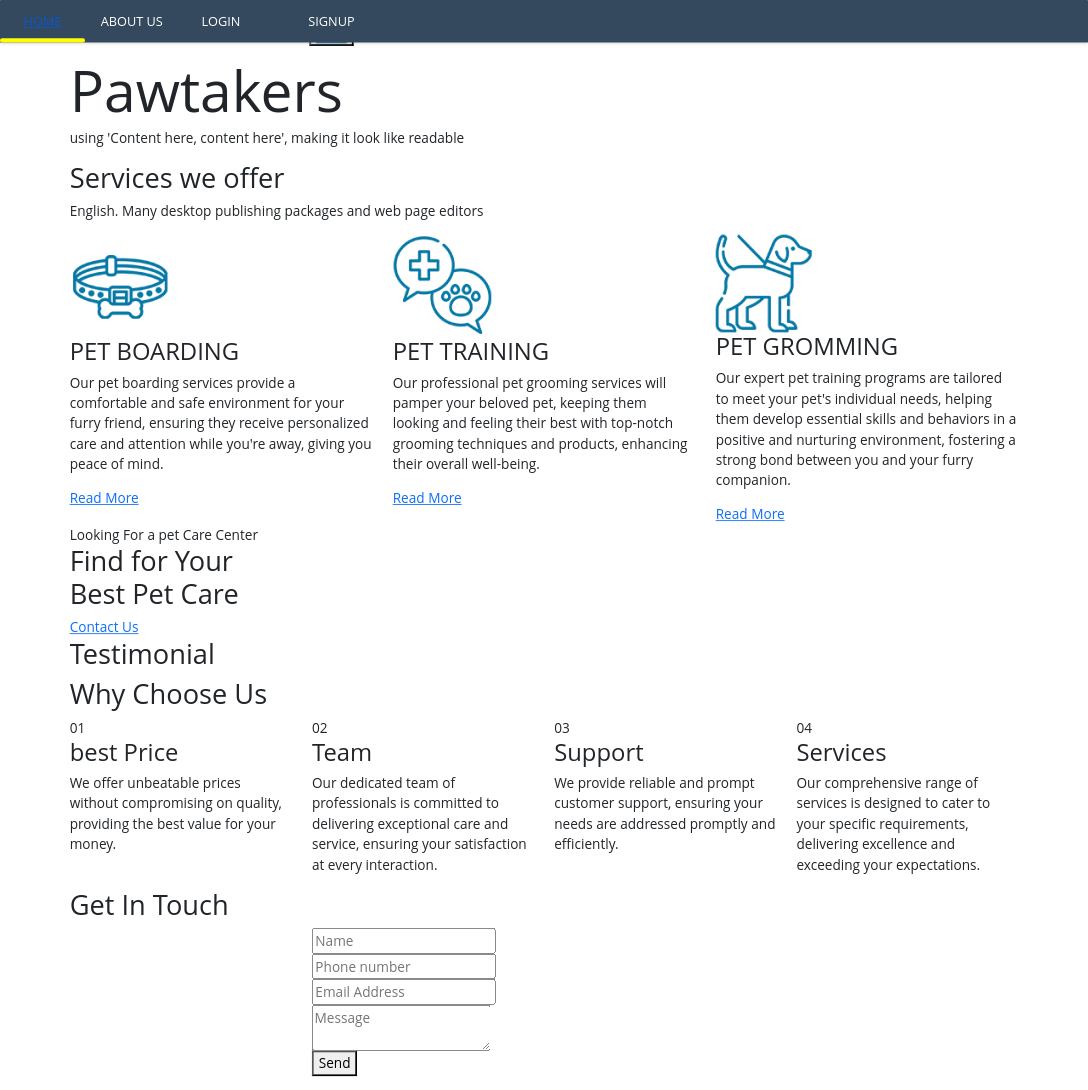
Repository: Chitti-g-k/Paw-Takers
Page: templates/index.html
An editor plug-in stored every save of this project. The page is shown before and after the next save, followed by the edit.
The browser window is 1280 px wide. The pictures show the whole page, at 85% of full size.
The template is drawn by Django 4.2. The application's start-up code is not run. The template is opened directly, without the code that normally fills it, so the values that code supplies are empty.

Above is the page before, as saved 2023-07-16 13:27:54.

After the next save:
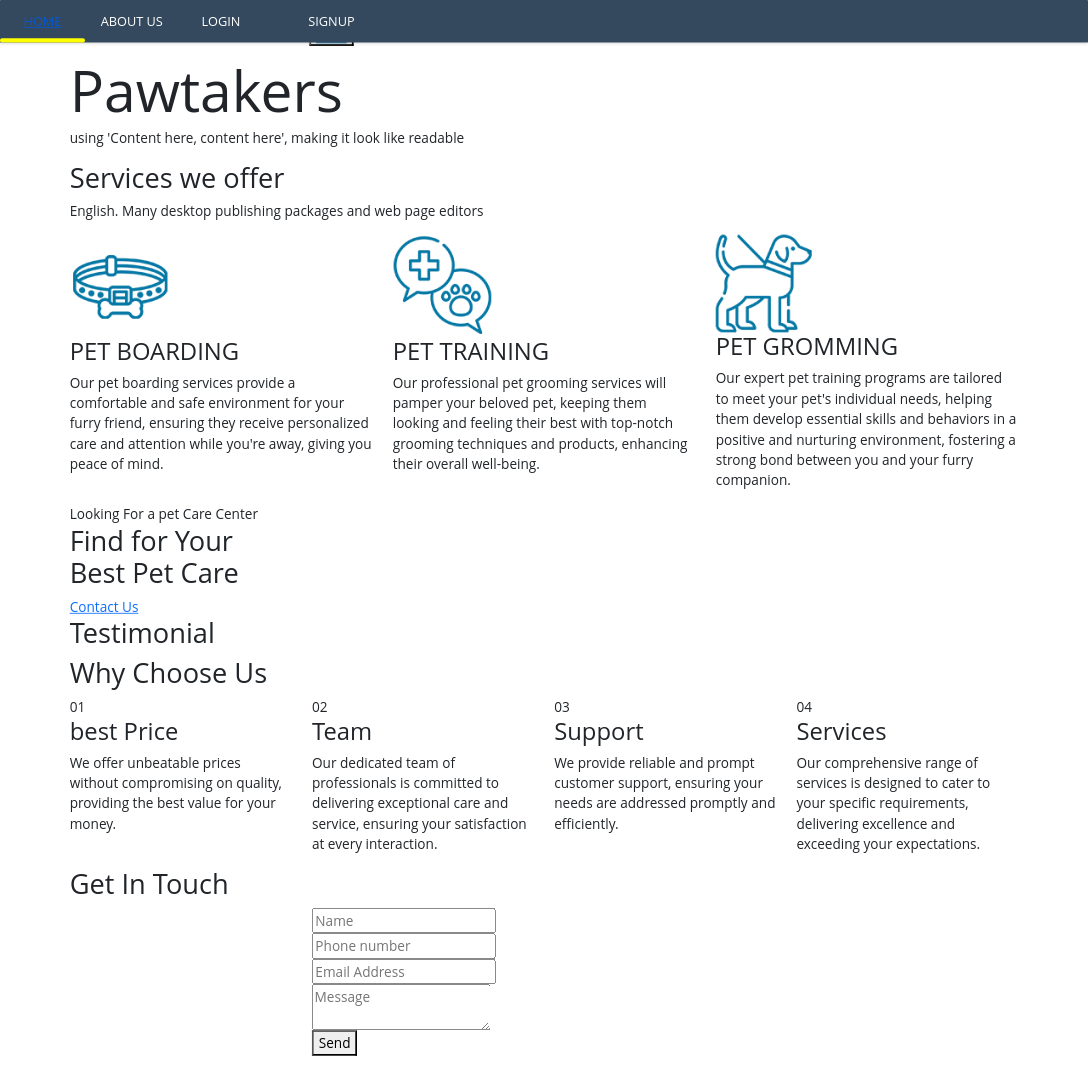
Saved 33 s later.
--- a/templates/index.html
+++ b/templates/index.html
@@ -170,7 +170,7 @@
                         <i><img src="{% static 'images/service_icon1.png' %}" alt="#"/></i>
                         <h3>PET BOARDING</h3>
                         <p>Our pet boarding services provide a comfortable and safe environment for your furry friend, ensuring they receive personalized care and attention while you're away, giving you peace of mind.</p>
-                        <a href="">Read More</a>
+
                     </div>
                 </div>
                 <div class="col-md-4">
@@ -178,7 +178,7 @@
                         <i><img src="{% static 'images/service_icon2.png' %}" alt="#"/></i>
                         <h3>PET TRAINING</h3>
                         <p>Our professional pet grooming services will pamper your beloved pet, keeping them looking and feeling their best with top-notch grooming techniques and products, enhancing their overall well-being.</p>
-                        <a href="">Read More</a>
+
                     </div>
                 </div>
                 <div class="col-md-4">
@@ -186,7 +186,7 @@
                         <i><img src="{% static 'images/service_icon3.png' %}" alt="#"/></i>
                         <h3>PET GROMMING</h3>
                         <p>Our expert pet training programs are tailored to meet your pet's individual needs, helping them develop essential skills and behaviors in a positive and nurturing environment, fostering a strong bond between you and your furry companion.</p>
-                        <a href="">Read More</a>
+
                     </div>
                 </div>
             </div>
